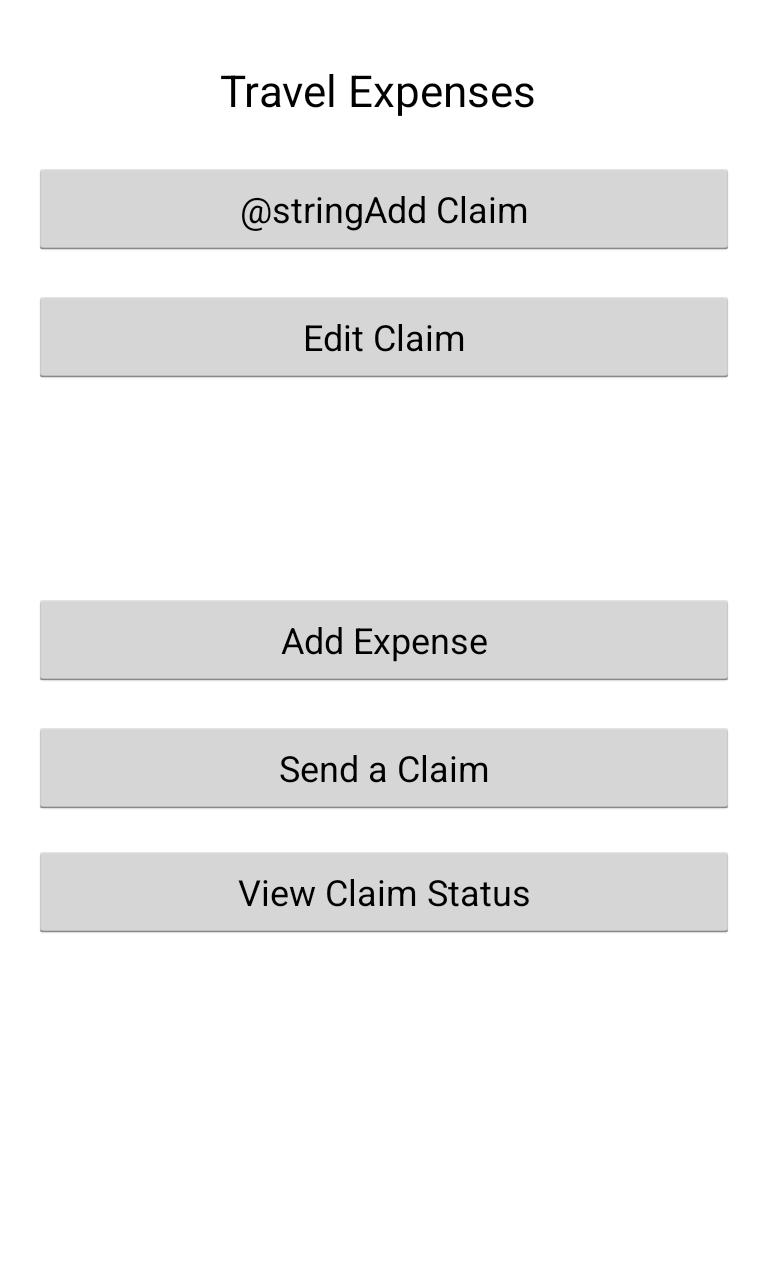
Repository: ReverseOni/Assignment1
Layout: MamesserAssign1/res/layout/activity_main.xml
These files come from the project's save history. The layout is drawn as it stood at one moment and after the next save; the edit follows.
It is drawn on a 768 x 1280 px phone screen (xhdpi) without system bars, with theme AppTheme; the app's code is not run. The app's manifest (not shown) leaves right-to-left support off. So textAlignment, textDirection and layoutDirection are ignored, and left and right values win over start and end ones.

Above is the layout before, as saved 2015-01-29 22:45:16.

After the next save:
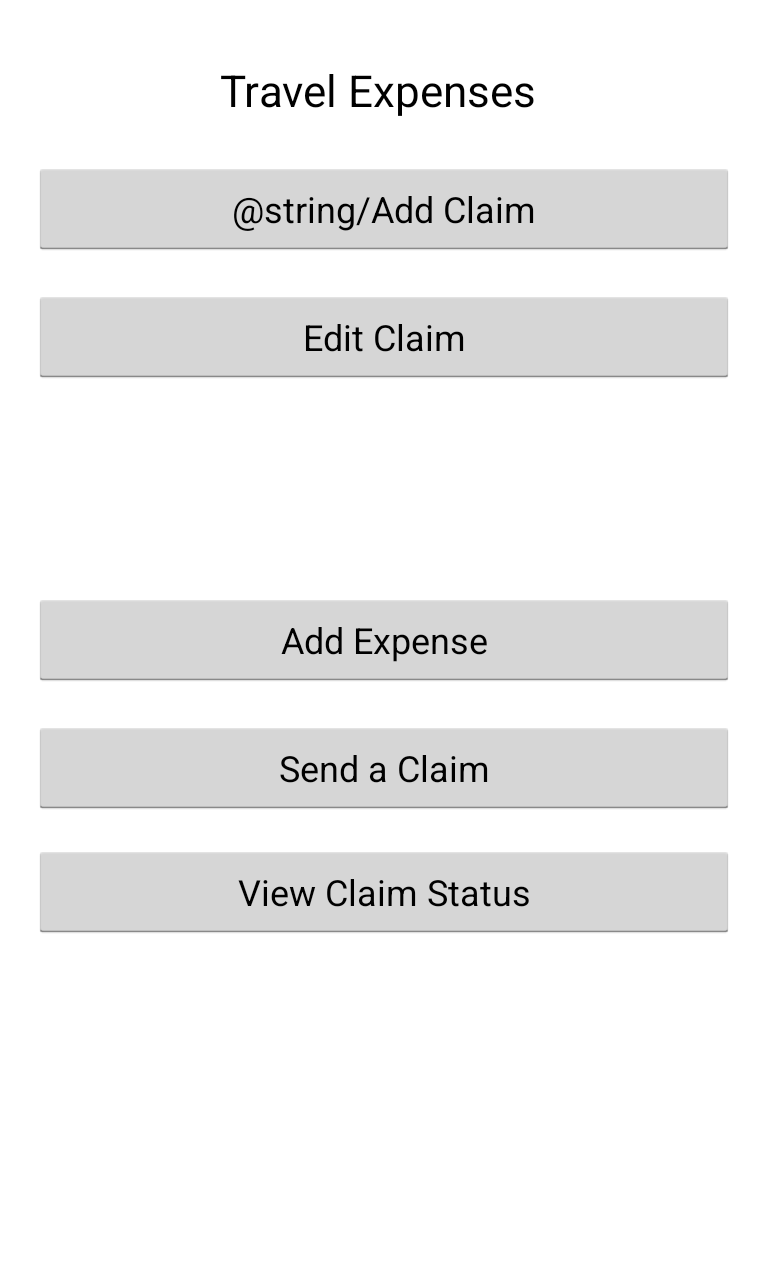
Saved 5 s later.
--- a/MamesserAssign1/res/layout/activity_main.xml
+++ b/MamesserAssign1/res/layout/activity_main.xml
@@ -28,7 +28,7 @@
         android:layout_alignRight="@+id/EditClaimButton"
         android:layout_below="@+id/createClaimTitle"
         android:layout_marginTop="21dp"
-        android:text="@stringAdd Claim" />
+        android:text="@string/Add Claim" />
 
     <Button
         android:id="@+id/AddExpenseMainButton"
